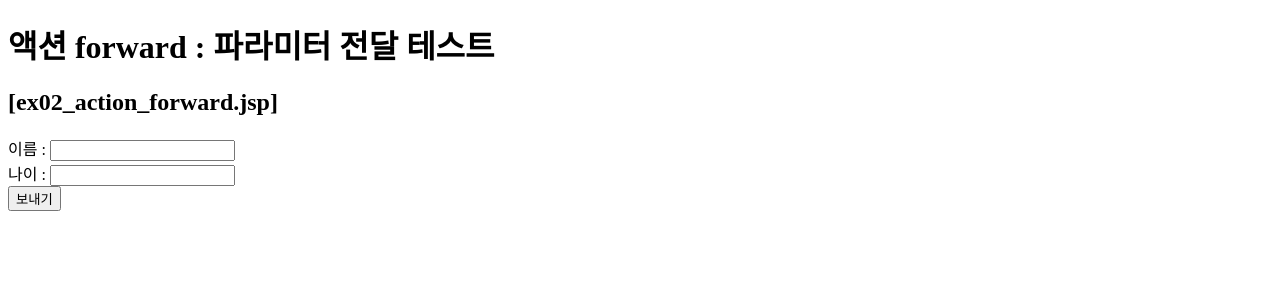
Repository: SeYoung1012/Bitcamp
Page: http://localhost/06_actiontag/ex02_action_forward.jsp
The author's editor kept a copy of each file at every save. The page is drawn from the files as they stood at one save, then again after the next save.
The browser window is 1280 px wide. The pictures show the whole page.
The page is served by Tomcat 9.

Above is the page before, as saved 2021-09-29 03:06:28.

After the next save:
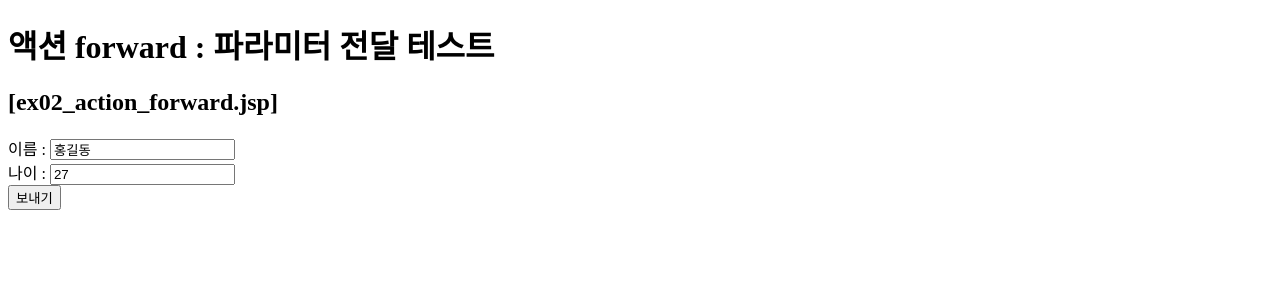
Saved 48 s later.
--- a/60_web/06_actiontag/WebContent/ex02_action_forward.jsp
+++ b/60_web/06_actiontag/WebContent/ex02_action_forward.jsp
@@ -10,8 +10,8 @@
 	<h1> 액션 forward : 파라미터 전달 테스트 </h1>
 	<h2> [ex02_action_forward.jsp]</h2>
 	<form action = "ex02_first.jsp">
-		이름 : <input type = "text" name = "name" valude = "홍길동"><br>
-		나이 : <input type = "text" name = "age" valude = "27"><br>
+		이름 : <input type = "text" name = "name" value = "홍길동"><br>
+		나이 : <input type = "text" name = "age" value = "27"><br>
 		<input type = "submit" value = "보내기">
 	</form>
 </body>
